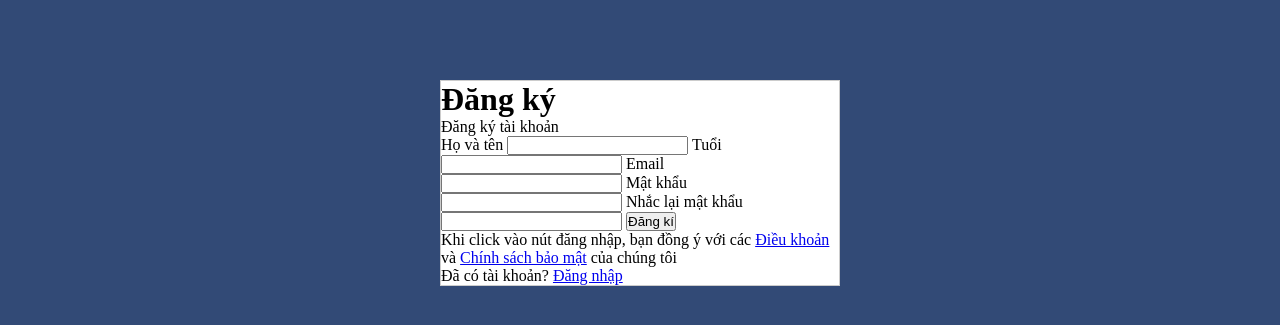
Repository: Ngoc28/HTML-CSS
Page: form/index.html
These files come from the project's save history. The page is drawn as it stood at one moment and after the next save; the edit follows.
The browser window is 1280 px wide. The pictures show the whole page.

Above is the page before, as saved 2023-08-05 14:38:40.

After the next save:
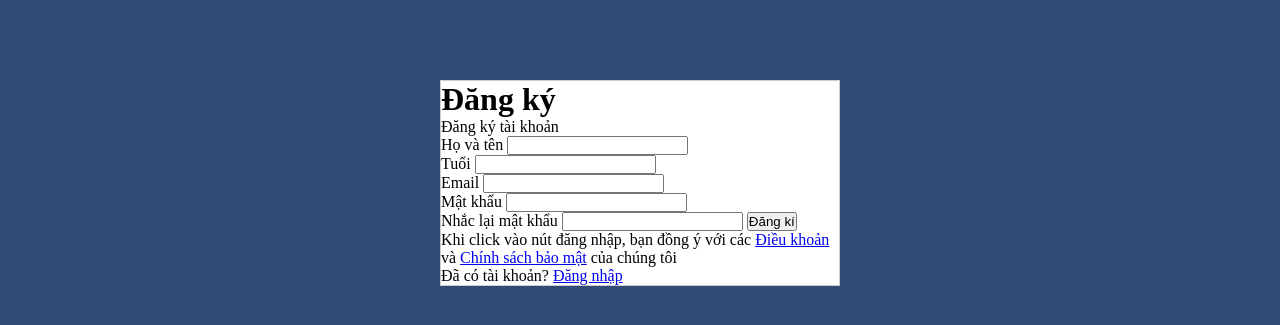
Saved 116 s later.
--- a/form/index.html
+++ b/form/index.html
@@ -14,17 +14,23 @@
                 Đăng ký tài khoản
             </p>
             <!-- text -->
+            <div class="name">
                 <label for="hoten">Họ và tên</label>
                 <input type="text" name="hoten">
-
+            </div>
+            <div class="age">
                 <label for="tuoi">Tuổi</label>
                 <input type="number" name="tuoi" id="tuoi">
+            </div>
 
+            <div class="email">
                 <label for="email">Email</label>
                 <input type="email" name="email" id="email">
-
+            </div>
+            <div class="password">
                 <label for="password">Mật khẩu</label>
                 <input type="password" name="password" id="password">
+            </div>
 
                 <label for="password">Nhắc lại mật khẩu</label>
                 <input type="password" name="password" id="password">
